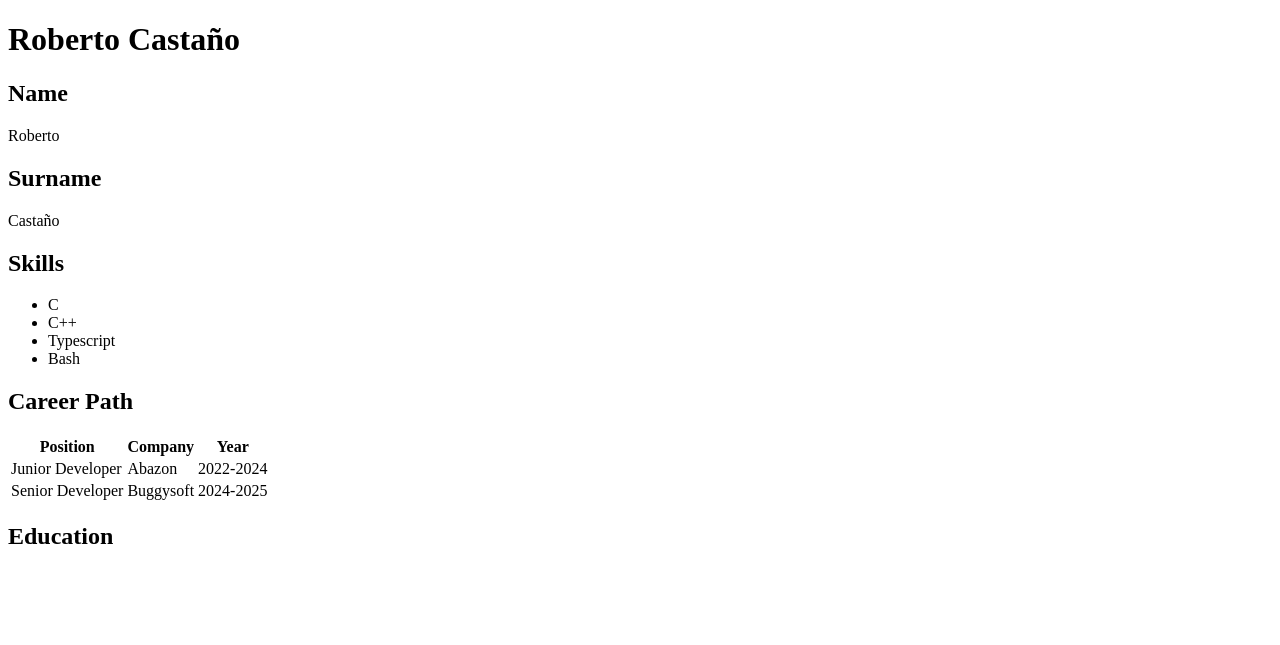
Repository: cronopi/django
Page: Training-Python-Django-0 1/ex01/cv.html
These files come from the project's save history. The page is drawn as it stood at one moment and after the next save; the edit follows.
The browser window is 1280 px wide. The pictures show the whole page.

Above is the page before, as saved 2026-03-10 12:25:17.

After the next save:
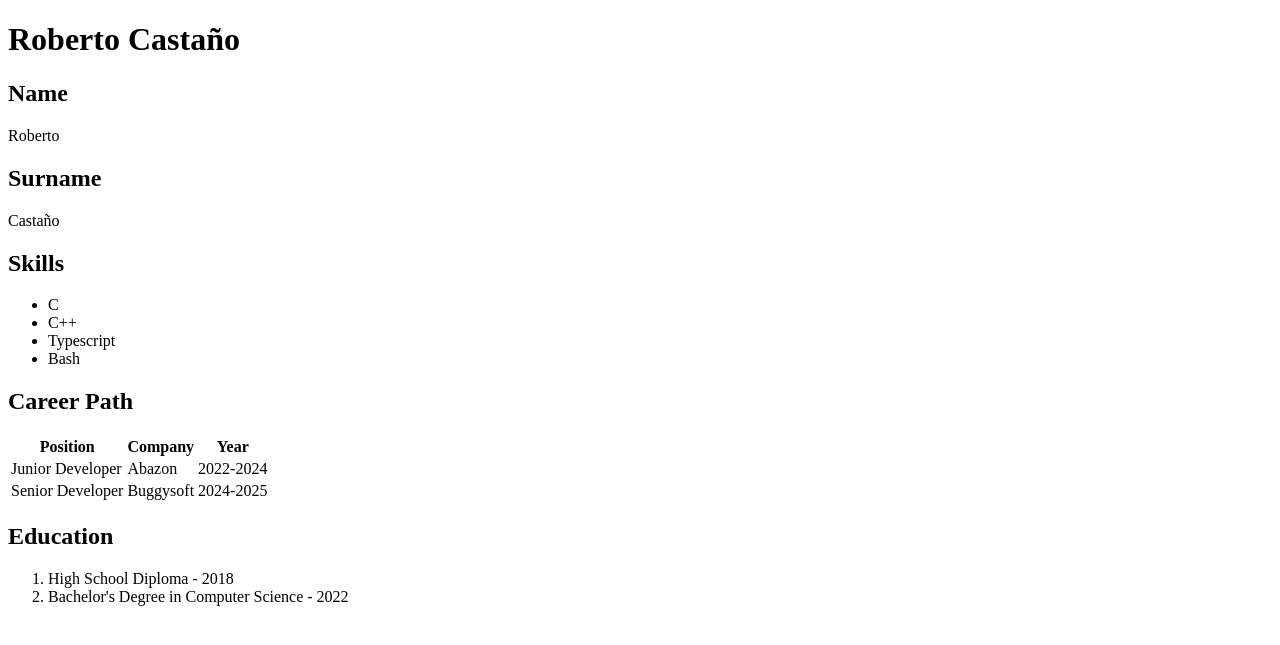
Saved 4 min 4 s later.
--- a/Training-Python-Django-0 1/ex01/cv.html
+++ b/Training-Python-Django-0 1/ex01/cv.html
@@ -41,6 +41,10 @@
 	</table>
 
 	<h2>Education</h2>
+	<ol>
+		<li>High School Diploma - 2018</li>
+		<li>Bachelor's Degree in Computer Science - 2022</li>
+	</ol>
 
 </body>
 
